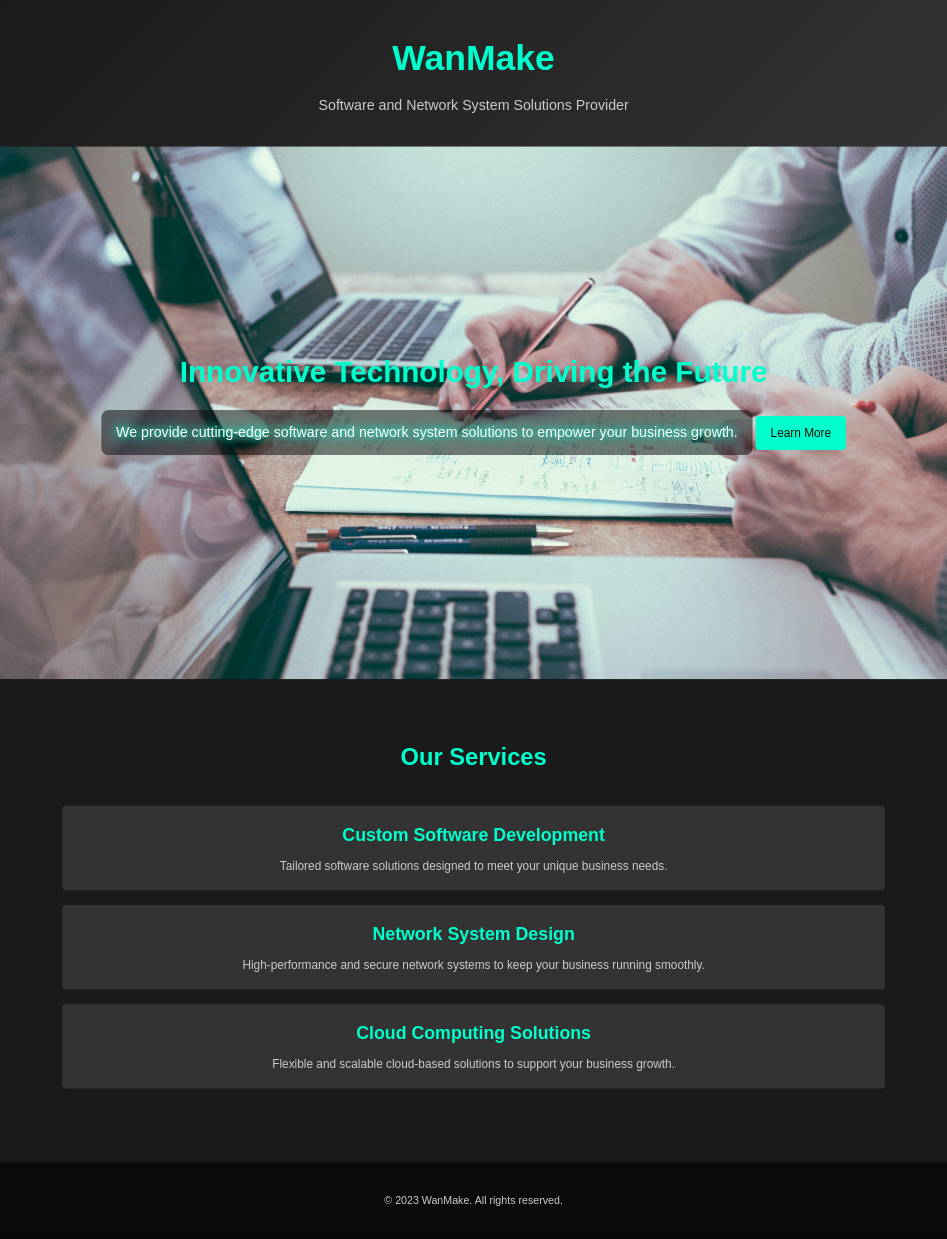
Repository: wanmakellc/wanmakellc.github.io
Page: index.html
These files come from the project's save history. The page is drawn as it stood at one moment and after the next save; the edit follows.
The browser window is 1280 px wide. The pictures show the whole page, at 74% of full size.

Above is the page before, as saved 2025-01-04 16:55:31.

After the next save:
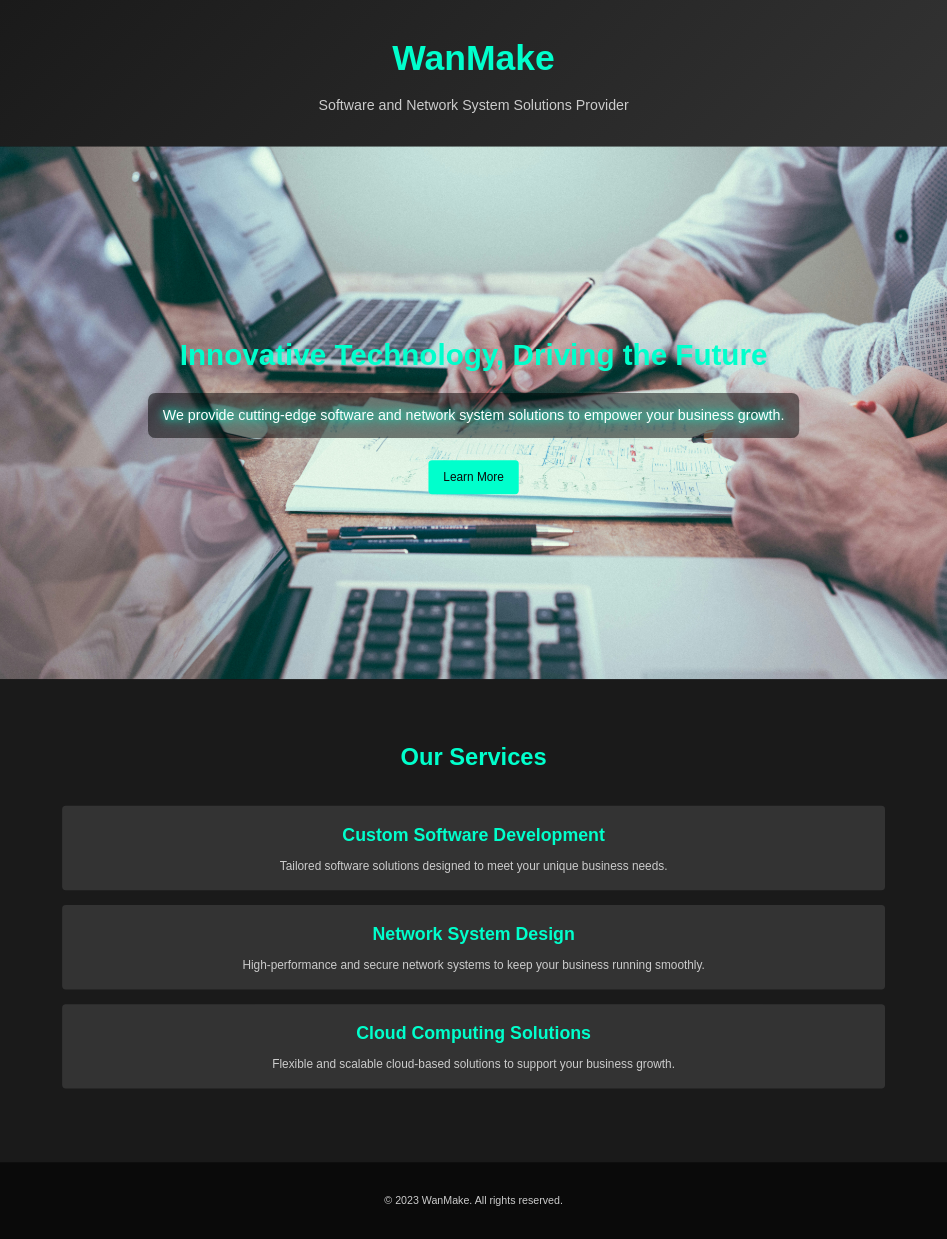
Saved 90 s later.
--- a/index.html
+++ b/index.html
@@ -18,7 +18,9 @@
         <div class="container">
             <h2>Innovative Technology, Driving the Future</h2>
             <p>We provide cutting-edge software and network system solutions to empower your business growth.</p>
-            <a href="#services" class="btn">Learn More</a>
+            <div>
+                <a href="#services" class="btn">Learn More</a>
+            </div>
         </div>
     </section>
 
